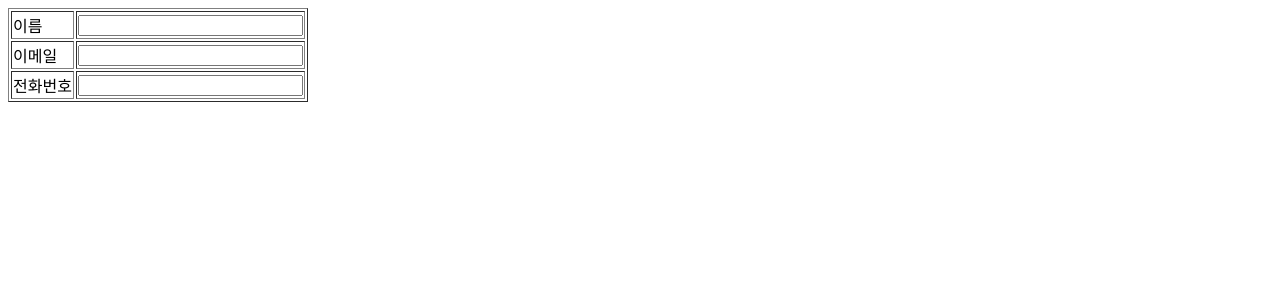
Repository: kr1124/jsp
Page: http://localhost/ServletProject/actiontag/register.jsp
An editor plug-in stored every save of this project. The page is shown before and after the next save, followed by the edit.
The browser window is 1280 px wide. The pictures show the whole page.
The page is served by Tomcat 9.

Above is the page before, as saved 2024-12-05 03:04:14.

After the next save:
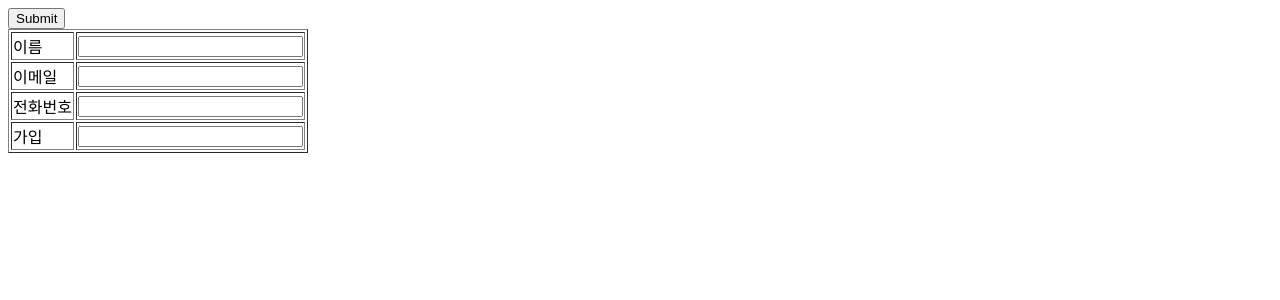
Saved 34 s later.
--- a/ServletProject/src/main/webapp/actiontag/register.jsp
+++ b/ServletProject/src/main/webapp/actiontag/register.jsp
@@ -13,16 +13,21 @@
 					<td width="100">이름</td>
 					<td width="200"><input type="text" name="name" size="25"></td>
 				</tr>
-
 				<tr>
 					<td width="100">이메일</td>
 					<td width="200"><input type="email" name="email" size="25"></td>
 				</tr>
-
 				<tr>
 					<td width="100">전화번호</td>
 					<td width="200"><input type="text" name="tel" size="25"></td>
 				</tr>
+				<tr>
+					<td width="100">가입</td>
+					<td width="200"><input type="text" name="tel" size="25"></td>
+				</tr>
+
+
+				<input type="submit" name="회원가입">
 			</table>
 		</form>
 	</body>
